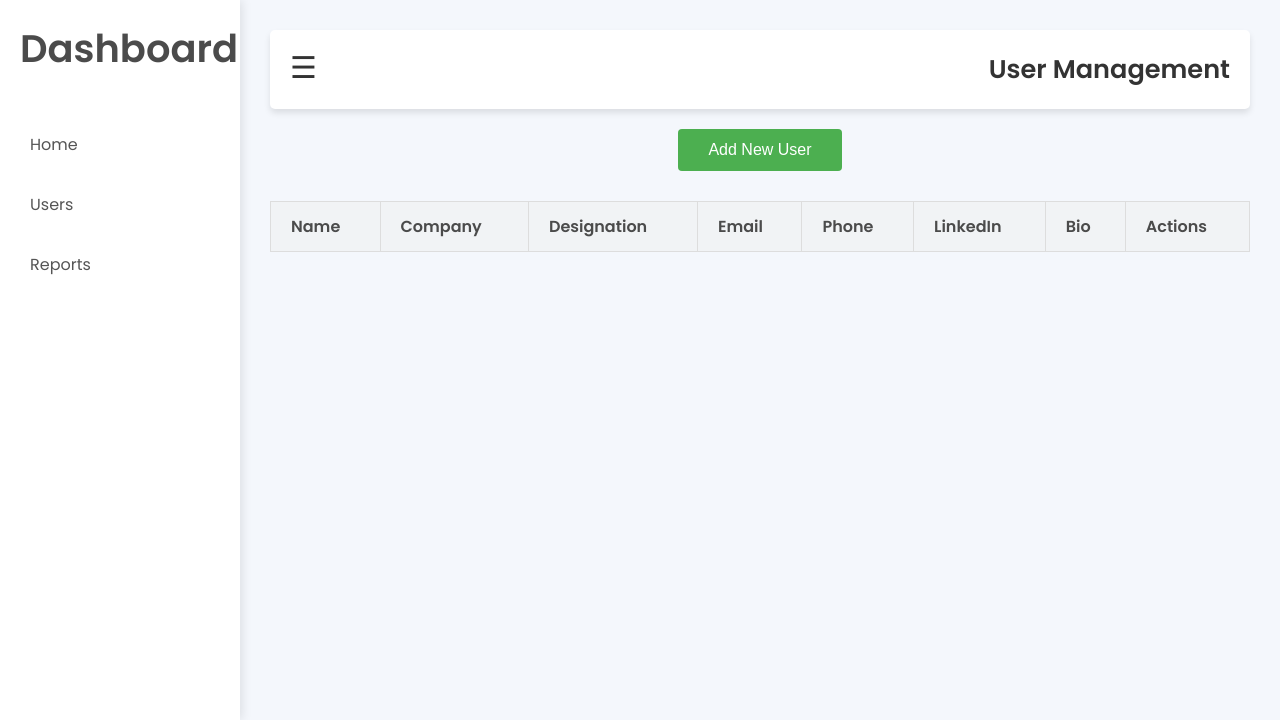
Repository: anazhtz/index
Page: index.html
The author's editor kept a copy of each file at every save. The page is drawn from the files as they stood at one save, then again after the next save.
The browser window is 1280 px wide. The pictures show the whole page.

Above is the page before, as saved 2024-11-14 15:30:15.

After the next save:
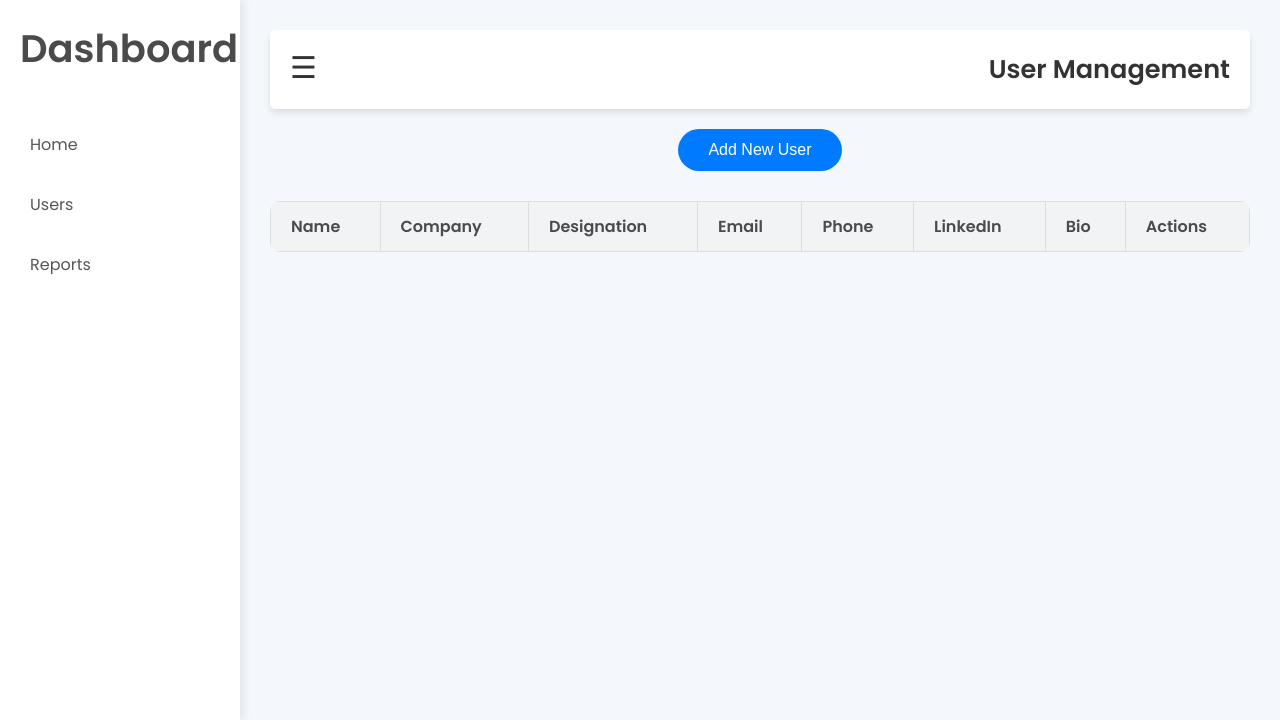
Saved 2 min 7 s later.
--- a/styles.css
+++ b/styles.css
@@ -105,14 +105,27 @@ body {
     border: none;
     color: white;
     padding: 12px 30px;
-    border-radius: 4px;
+    border-radius: 30px;
     font-size: 1rem;
     cursor: pointer;
-    transition: background-color 0.3s ease;
+    transition: background-color 0.3s ease, transform 0.3s ease;
 }
 
 .actions .btn:hover {
     background-color: #45a049;
+    transform: scale(1.05);
+}
+
+.actions .btn:active {
+    transform: scale(0.98);
+}
+
+.actions .btn.add-btn {
+    background-color: #007bff;
+}
+
+.actions .btn.add-btn:hover {
+    background-color: #0056b3;
 }
 
 /* Table Styling */
@@ -124,6 +137,8 @@ body {
 table {
     width: 100%;
     border-collapse: collapse;
+    border-radius: 10px;
+    overflow: hidden;
 }
 
 table th, table td {
@@ -143,6 +158,10 @@ table td {
     color: #333;
 }
 
+table tr:nth-child(even) {
+    background-color: #f9f9f9;
+}
+
 table tr:hover td {
     background-color: #f1f3f5;
 }
@@ -150,6 +169,7 @@ table tr:hover td {
 table td a {
     color: #007bff;
     text-decoration: none;
+    font-weight: 500;
 }
 
 table td a:hover {
